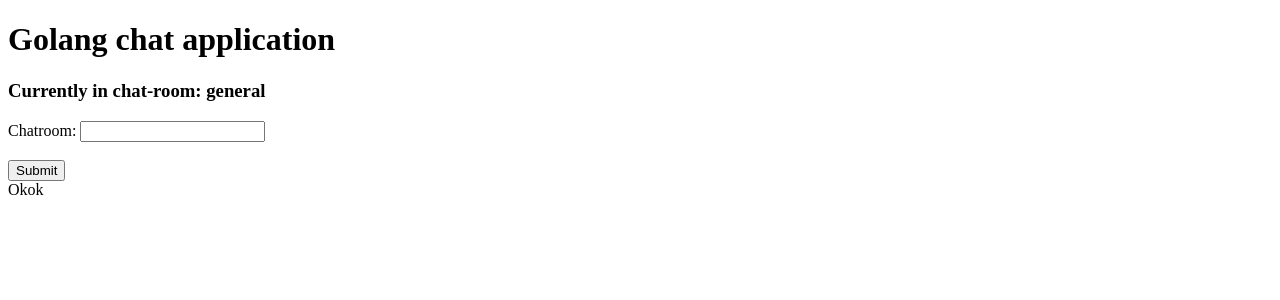
Repository: Lakshyyaa/SimpleWSserver
Page: frontend/index.html
The author's editor kept a copy of each file at every save. The page is drawn from the files as they stood at one save, then again after a run of saves.
The browser window is 1280 px wide. The pictures show the whole page.

Above is the page before, as saved 2024-10-30 13:32:26.

### frontend/index.html
<!DOCTYPE html>
<html lang="en">
<head>
    <meta charset="UTF-8">
    <meta name="viewport" content="width=device-width, initial-scale=1.0">
    <title>websockets</title>
</head>
<body>
    <div class="center">
        <h1>Golang chat application</h1>
        <h3>Currently in chat-room: general</h3>
        <form action="" id="select-room">
            <label for="chatroom">Chatroom: </label>
            <input type="text" id="chatroom" name="chatroom">
            <br>
            <br>
            <input type="submit" >
        </form>
    </div>
    Okok
</body>
</html>

After the next 2 saves:
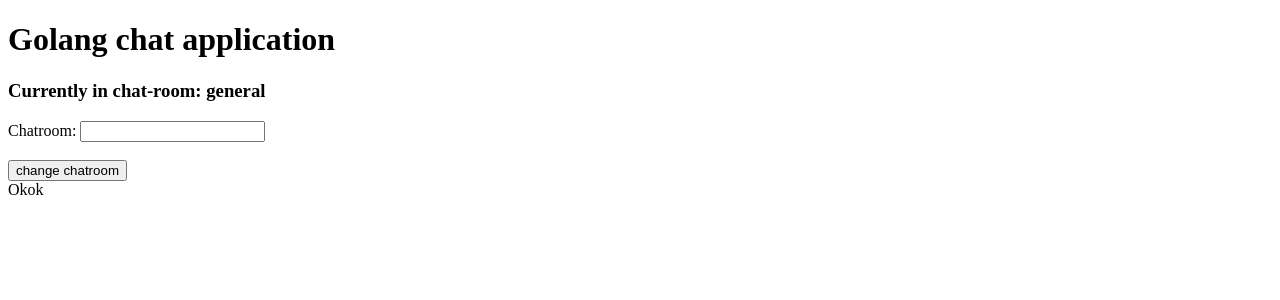
The 2 saves are shown as one change because they came seconds apart.
The last was saved 8 s later.
--- a/frontend/index.html
+++ b/frontend/index.html
@@ -14,7 +14,7 @@
             <input type="text" id="chatroom" name="chatroom">
             <br>
             <br>
-            <input type="submit" >
+            <input type="submit" value="change chatroom">
         </form>
     </div>
     Okok
